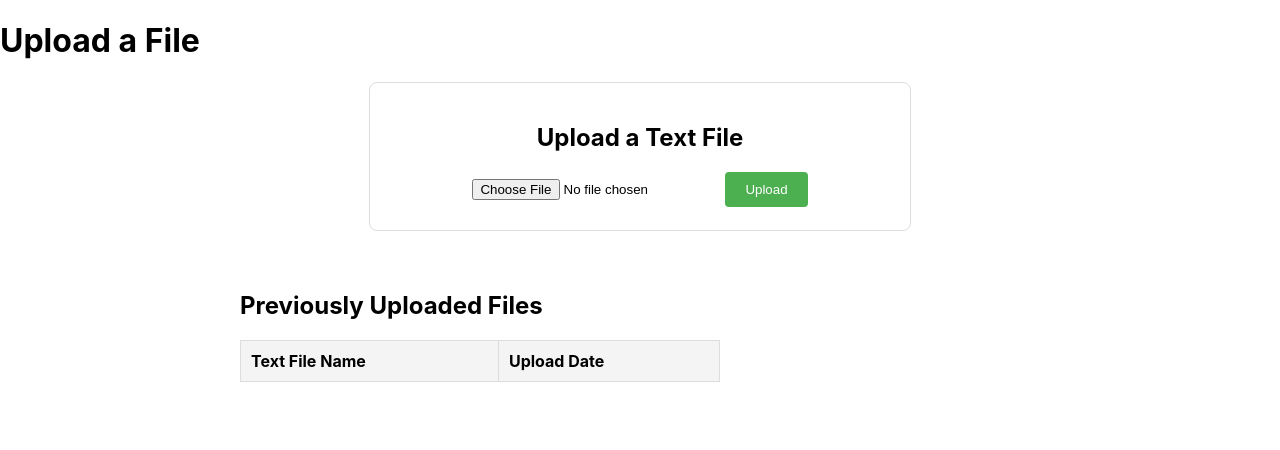
Repository: WafulaLukorito/flagged-Frontend
Page: /
An editor plug-in stored every save of this project. The page is shown before and after the next save, followed by the edit.
The browser window is 1280 px wide. The pictures show the whole page.
The page's requests for data from a server got no answer. The project was rebuilt for these pictures with package versions that can differ from the ones it lists, and the page was loaded fresh each time. No one was signed in, and anything a server would have sent is missing.

Above is the page before, as saved 2024-01-20 23:28:15.

### src/App.js

// import './App.css';
import FileUpload from './components/FileUpload/FileUpload'
import TextFilesTable from './components/TextFilesTable/TextFilesTable';


function App() {
  return (
    <div className="App">
      <header className="App-header">
      </header>
      <h1>Upload a File</h1>
<FileUpload/>
<TextFilesTable/>

    </div>
  );
}

export default App;

### src/components/FileUpload/FileUpload.js
import React, { useState } from 'react';
import './FileUpload.css';
import moment from 'moment';


function FileUpload() {
    const [selectedFile, setSelectedFile] = useState(null);
    const [uploadResponse, setUploadResponse] = useState(null);

    const handleFileChange = (event) => {
        setSelectedFile(event.target.files[0]);
    };

    const handleUpload = async () => {
        if (!selectedFile) {
            alert('Please select a file to upload');
            return;
        }

        const formData = new FormData();
        formData.append('file', selectedFile);

        try {
            const response = await fetch('https://flagged.azurewebsites.net/api/words/upload', {
                method: 'POST',
                body: formData,
            });

            if (response.ok) {
                const data = await response.json();
                setUploadResponse(data);
                alert('File uploaded successfully');
            } else {
                alert('File upload failed');
            }
        } catch (error) {
            console.error('Error:', error);
            alert('Error uploading file');
        }
    };

    return (
        <div className="file-upload-container">
            <h2>Upload a Text File</h2>
            <input type="file" onChange={handleFileChange} className="file-upload-input" />
            <button onClick={handleUpload} className="file-upload-button">Upload</button>

            {uploadResponse && (
                <div className="file-upload-response">
                    <h3>Upload Response:</h3>
                    <p>Status: {uploadResponse.status}</p>
                    <p>File Name: {uploadResponse.fileName}</p>
                    <p>Upload: {moment(uploadResponse.uploadDate).fromNow()}</p>
                    <p>Contents:</p>
                    <textarea value={uploadResponse.contents} readOnly />
                </div>
            )}
        </div>
    );
}

export default FileUpload;

### src/components/TextFilesTable/TextFilesTable.js
import React, { useState, useEffect } from 'react';
import './TextFilesTable.css';
import moment from 'moment';

function TextFilesTable() {
    const [textFiles, setTextFiles] = useState([]);

    useEffect(() => {
        fetch('https://flagged.azurewebsites.net/api/words/uploadedfiles')
            .then(response => response.json())
            .then(data => setTextFiles(data))
            .catch(error => console.error('Error fetching data:', error));
    }, []);

    return (
        <div className="table-container">
            <h2>Previously Uploaded Files</h2>
            <table>
                <thead>
                    <tr>
                        <th>Text File Name</th>
                        <th>Upload Date</th>
                    </tr>
                </thead>
                <tbody>
                    {textFiles.map(file => (
                        <tr key={file.id}>
                            <td>{file.name}</td>
                            <td>{moment(file.uploadDate).fromNow()}</td>
                        </tr>
                    ))}
                </tbody>
            </table>
        </div>
    );
}

export default TextFilesTable;

### src/components/FileUpload/FileUpload.css
/* FileUpload.css */
.file-upload-container {
    max-width: 500px;
    margin: 20px auto;
    padding: 20px;
    border: 1px solid #ddd;
    border-radius: 8px;
    text-align: center;
}

.file-upload-input {
    margin-bottom: 10px;
}

.file-upload-response {
    margin-top: 20px;
    text-align: left;
}

.file-upload-response textarea {
    width: 100%;
    height: 100px;
    padding: 10px;
    border-radius: 4px;
    border: 1px solid #ccc;
    resize: none;
}

.file-upload-button {
    background-color: #4CAF50;
    color: white;
    padding: 10px 20px;
    border: none;
    border-radius: 4px;
    cursor: pointer;
}

.file-upload-button:hover {
    background-color: #45a049;
}

### src/components/TextFilesTable/TextFilesTable.css

.table-container {
    max-width: 800px;
    margin: 20px auto;
    padding: 20px;
}

table {
    width: 60%;
    margin: 0 auto;
        float: left;
    border-collapse: collapse;
}

table, th, td {
    border: 1px solid #ddd;
}

th, td {
    padding: 10px;
    text-align: left;
}

th {
    background-color: #f4f4f4;
}

### src/components/FlaggedWordsChecker/FlaggedWordsChecker.js

import React, { useState } from 'react';

function FlaggedWordsChecker() {
    const [inputWords, setInputWords] = useState('');
    const [result, setResult] = useState(null);

    const handleSubmit = async (event) => {
        event.preventDefault();
        try {
            const response = await fetch('https://flagged.azurewebsites.net/api/words/check', {
                method: 'POST',
                headers: { 'Content-Type': 'application/json' },
                body: JSON.stringify({ words: inputWords })
            });
            const data = await response.json();
            setResult(data);
        } catch (error) {
            console.error('Error:', error);
        }
    };

    return (
        <div>
            <h2>Check Flagged Words</h2>
            <form onSubmit={handleSubmit}>
                <input
                    type="text"
                    value={inputWords}
                    onChange={(e) => setInputWords(e.target.value)}
                    placeholder="Enter words separated by commas"
                />
                <button type="submit">Check</button>
            </form>

            {result && (
                <div>
                    <h3>Results:</h3>
                    <p>Checked Against: {result.textCheckedAgainst}</p>
                    <p>Found Bad Words: {result.foundBadWords.join(', ')}</p>
                    <p>Number of Bad Words Found: {result.numberOfBadWordsFound}</p>
                    <p>Check Time: {new Date(result.checkTime).toLocaleString()}</p>
                </div>
            )}
        </div>
    );
}

export default FlaggedWordsChecker;

Loaded but not shown: public/index.html (common file); src/index.js (common file); src/index.css (common file); src/reportWebVitals.js (common file)

After the next save:
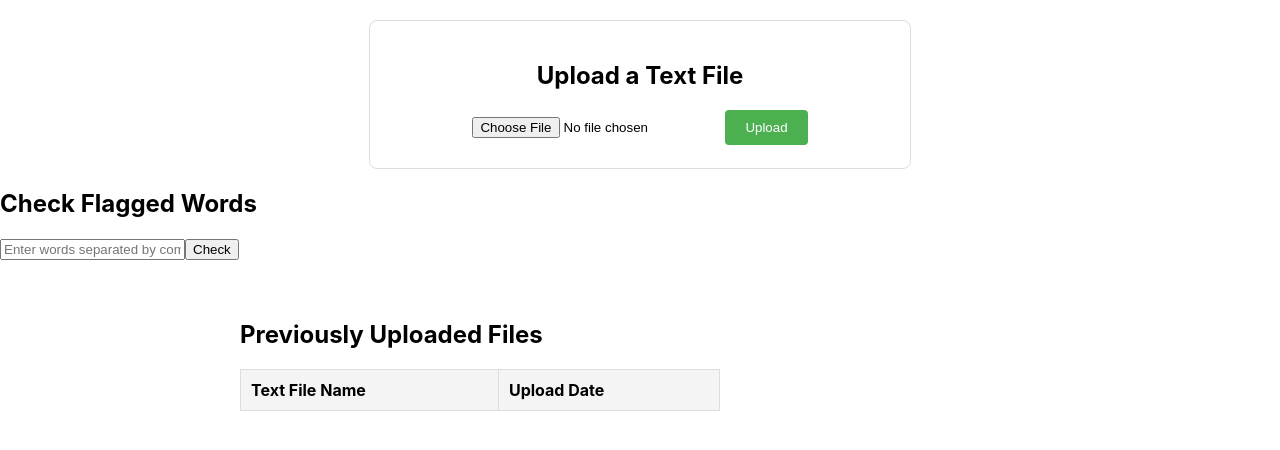
Saved 54 s later.
--- a/src/App.js
+++ b/src/App.js
@@ -1,6 +1,7 @@
 
 // import './App.css';
 import FileUpload from './components/FileUpload/FileUpload'
+import FlaggedWordsChecker from './components/FlaggedWordsChecker/FlaggedWordsChecker';
 import TextFilesTable from './components/TextFilesTable/TextFilesTable';
 
 
@@ -9,8 +10,8 @@ function App() {
     <div className="App">
       <header className="App-header">
       </header>
-      <h1>Upload a File</h1>
 <FileUpload/>
+<FlaggedWordsChecker/>
 <TextFilesTable/>
 
     </div>
